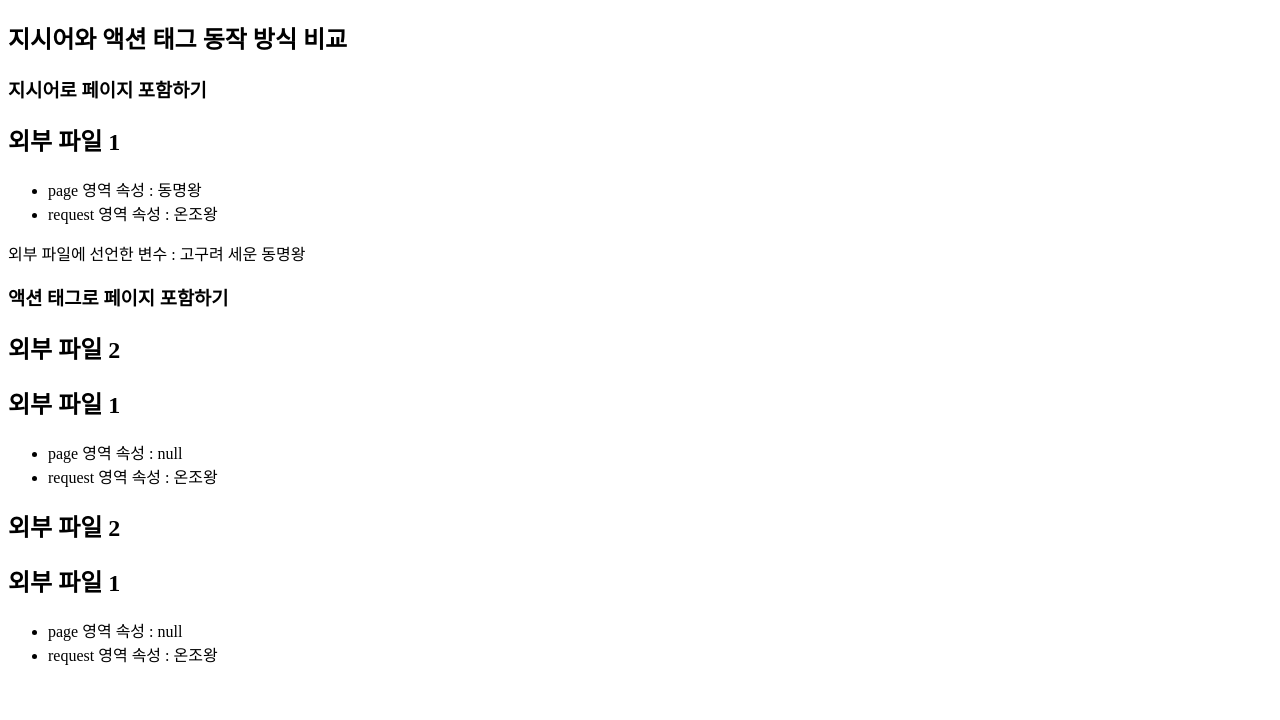
Repository: jjunyuongv/JSP_Servlet
Page: http://localhost/MustHHaveJSP/07ActionTag/IncludeMain.jsp
These files come from the project's save history. The page is drawn as it stood at one moment and after the next save; the edit follows.
The browser window is 1280 px wide. The pictures show the whole page.
The page is served by Tomcat 10.

Above is the page before, as saved 2025-05-08 07:16:40.

After the next save:
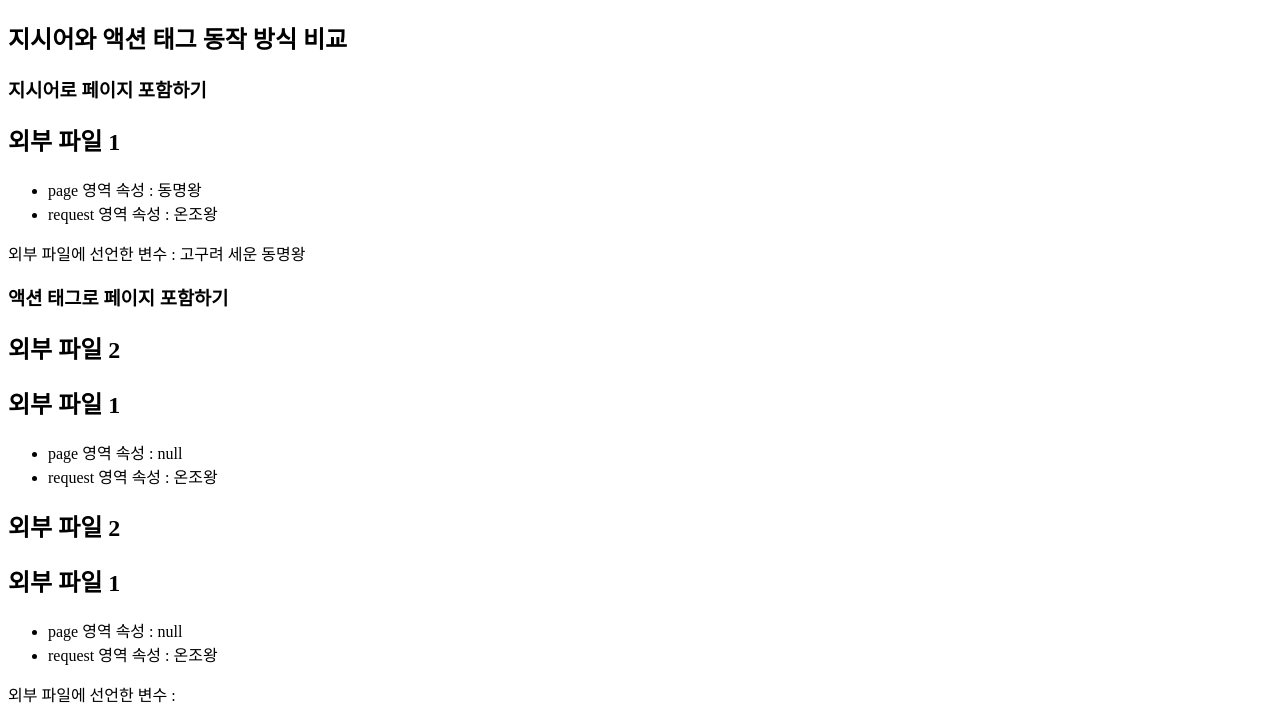
Saved 30 s later.
--- a/MustHHaveJSP/src/main/webapp/07ActionTag/IncludeMain.jsp
+++ b/MustHHaveJSP/src/main/webapp/07ActionTag/IncludeMain.jsp
@@ -25,6 +25,7 @@ request.setAttribute("rAttr", "온조왕");
 		<h3>액션 태그로 페이지 포함하기</h3>
 		<jsp:include page="./inc/OuterPage2.jsp" />
 		<jsp:include page="<%=outerPath2%>" />
+		<p>외부 파일에 선언한 변수 : <%--=newVar2 --%></p>
 
 	</body>
 </html>
